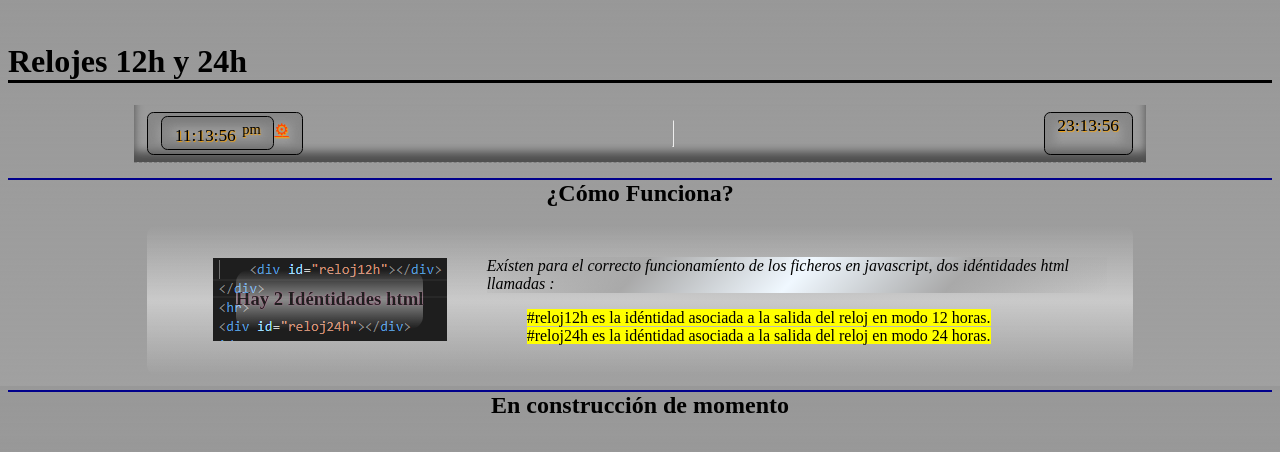
Repository: marcostonfor/clocks
Page: index.html
These files come from the project's save history. The page is drawn as it stood at one moment and after a run of saves; the edit follows.
The browser window is 1280 px wide. The pictures show the whole page.

Above is the page before, as saved 2024-09-18 23:39:45.

After the next 2 saves:
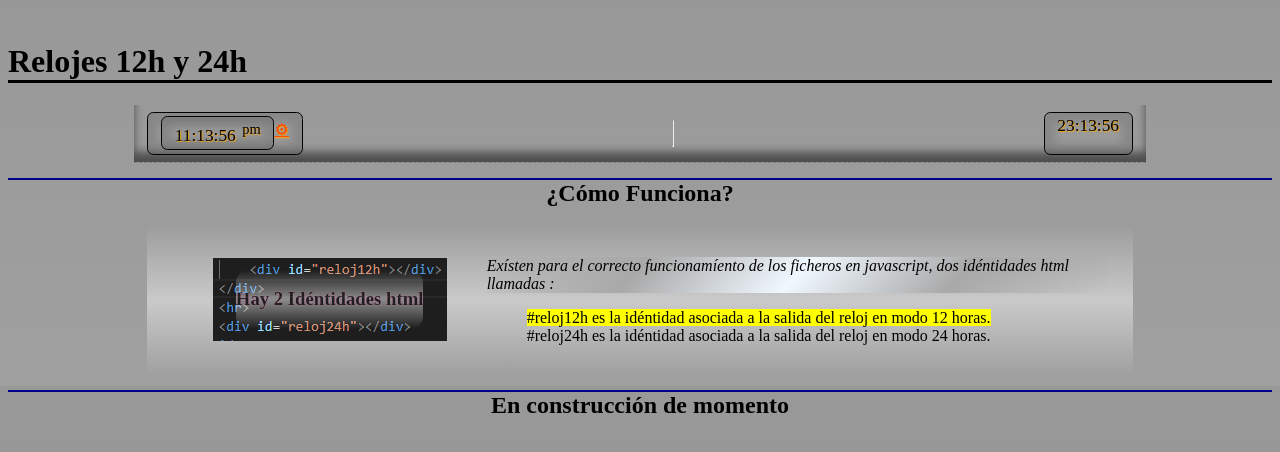
The 2 saves are shown as one change because they came seconds apart.
The last was saved 8 s later.
--- a/index.html
+++ b/index.html
@@ -109,7 +109,7 @@
                     <cite>Exísten para el correcto funcionamíento de los ficheros en javascript, dos idéntidades html
                         llamadas :</cite>
                 <blockquote>
-                    <mark>#reloj12h es la idéntidad asociada a la salida del reloj en modo 12 horas.
+                    <mark>#reloj12h es la idéntidad asociada a la salida del reloj en modo 12 horas.</mark>
                     <br>
                     #reloj24h es la idéntidad asociada a la salida del reloj en modo 24 horas.
                 </blockquote>

After the 3 saves that followed:
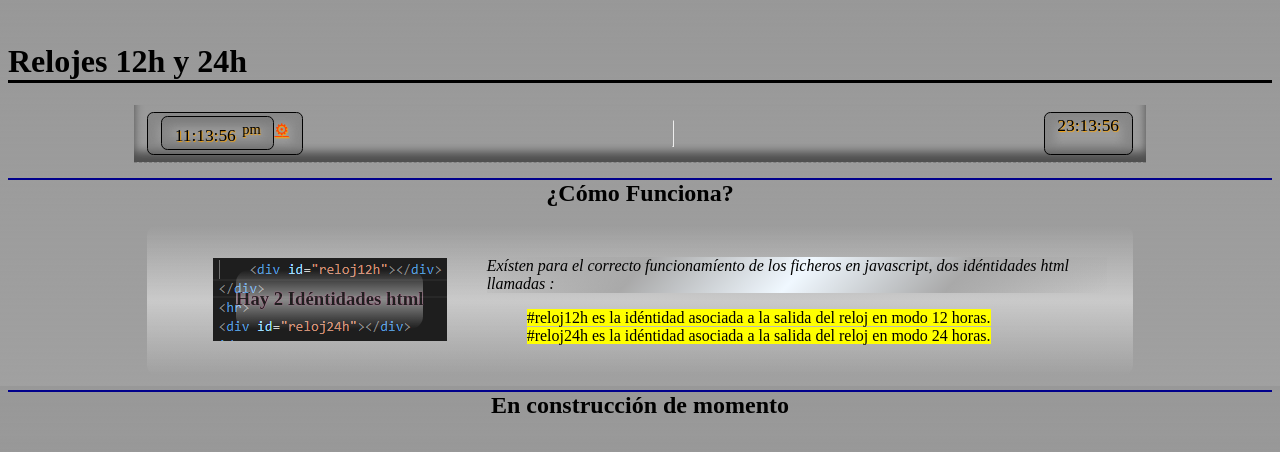
The 3 saves are shown as one change because they came seconds apart.
The last was saved 12 s later.
--- a/index.html
+++ b/index.html
@@ -111,7 +111,7 @@
                 <blockquote>
                     <mark>#reloj12h es la idéntidad asociada a la salida del reloj en modo 12 horas.</mark>
                     <br>
-                    #reloj24h es la idéntidad asociada a la salida del reloj en modo 24 horas.
+                    <mark>#reloj24h es la idéntidad asociada a la salida del reloj en modo 24 horas.
                 </blockquote>
                 </p>
             </article>
